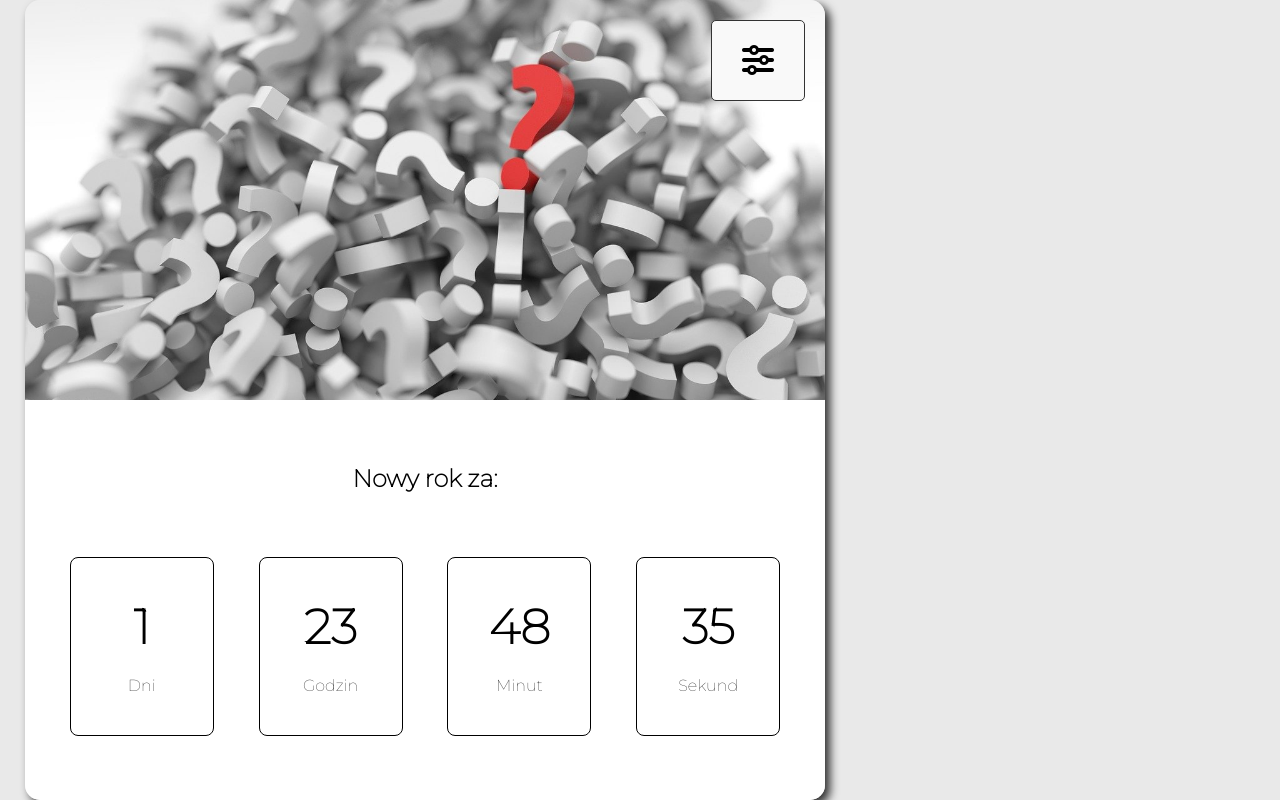
Repository: KrzysKolo/Projekt-8_Czasomierz
Page: index.html
The author's editor kept a copy of each file at every save. The page is drawn from the files as they stood at one save, then again after the next save.
The browser window is 1280 px wide. The pictures show the whole page.
Some web libraries are served in a nearby version.

Above is the page before, as saved 2020-07-20 16:30:12.

After the next save:
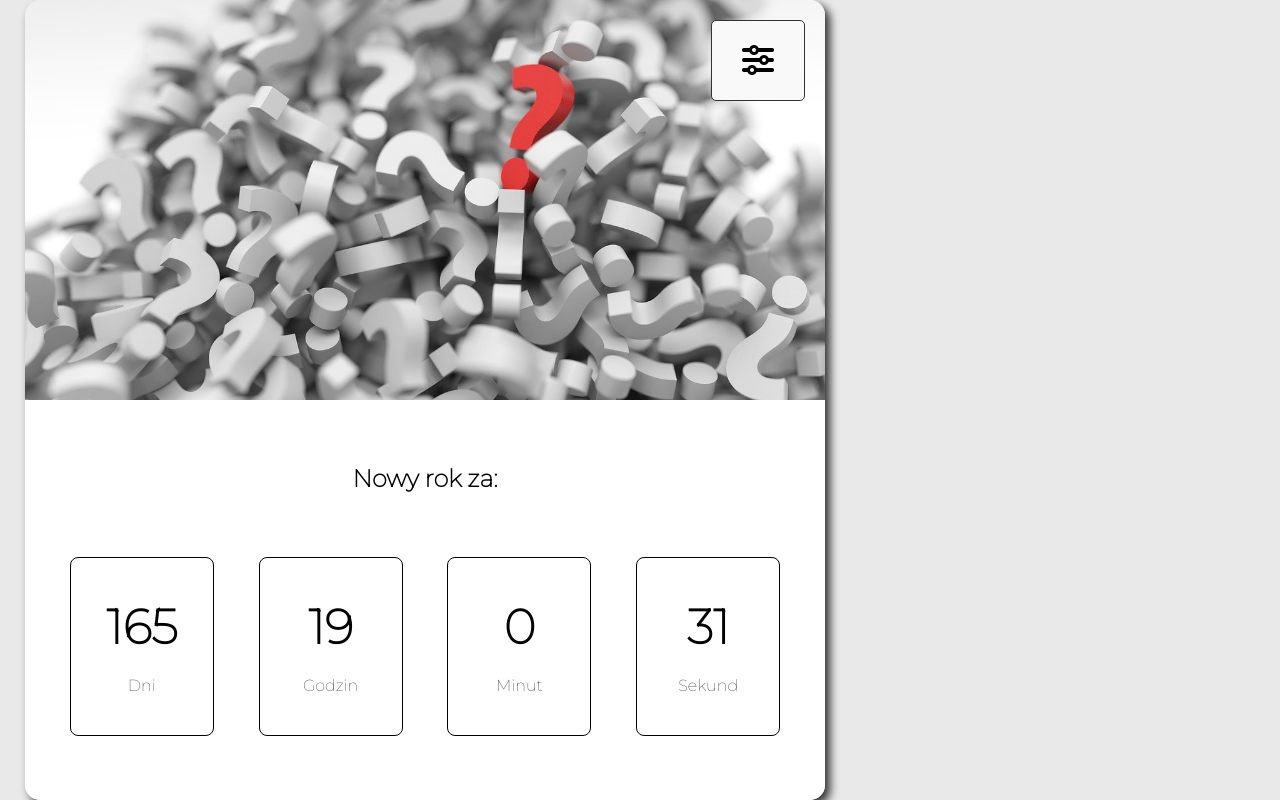
Saved 2 min 33 s later.
--- a/js/index.js
+++ b/js/index.js
@@ -44,3 +44,5 @@ settingsBtn.addEventListener("click", () => {
 });
 
 saveBtn.addEventListener("click", appUpdate);
+appUpdate();
+setInterval(setTime, 1000);
